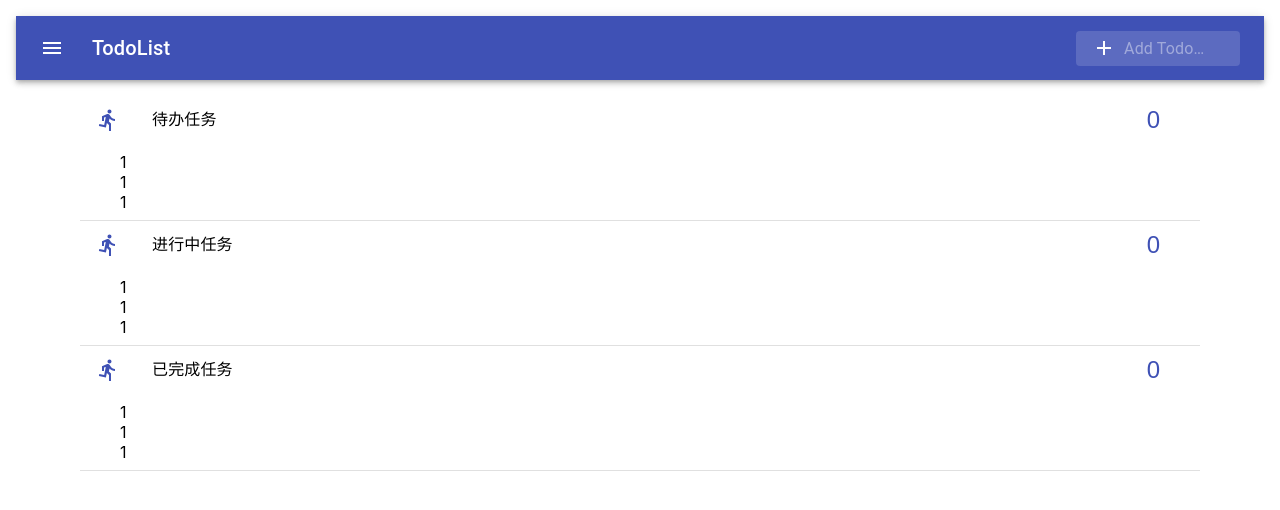
Repository: harperl71/TodoList
Page: /
The author's editor kept a copy of each file at every save. The page is drawn from the files as they stood at one save, then again after the next save.
The browser window is 1280 px wide. The pictures show the whole page.
The project was rebuilt for these pictures with package versions that can differ from the ones it lists, and the page was loaded fresh each time.

Above is the page before, as saved 2021-05-21 10:24:03.

### src/App.tsx
import React from "react";
import Header from "./components/header";
import Content from "./components/content";
import Footer from "./components/footer";
import Myprovider from "./context";
import TaskItem from "./components/content/task-item";

function App() {
  return (
    <div className="APP">
      <Myprovider>
        <Header />
        <Content />
        <Footer />
        {/*  <TaskItem /> */}
      </Myprovider>
    </div>
  );
}

export default App;

### src/components/header/index.tsx
import React, { useContext } from "react";
import { MyContext } from "../../context";
import AppBar from "@material-ui/core/AppBar";
import Toolbar from "@material-ui/core/Toolbar";
import IconButton from "@material-ui/core/IconButton";
import Typography from "@material-ui/core/Typography";
import InputBase from "@material-ui/core/InputBase";
import { makeStyles, fade } from "@material-ui/core/styles";
import MenuIcon from "@material-ui/icons/Menu";
import AddIcon from "@material-ui/icons/Add";

const useStyles = makeStyles((theme) => ({
  header: {
    margin: theme.spacing(2),
    justifyContent: "space-between",
  },
  listButton: {
    marginRight: theme.spacing(2),
  },
  title: {
    flexGrow: 1,
    display: "none",
    [theme.breakpoints.up("sm")]: {
      display: "block",
    },
  },
  search: {
    position: "relative",
    borderRadius: theme.shape.borderRadius,
    backgroundColor: fade(theme.palette.common.white, 0.15),
    "&:hover": {
      backgroundColor: fade(theme.palette.common.white, 0.25),
    },
    marginLeft: 0,
    width: "100%",
    [theme.breakpoints.up("sm")]: {
      marginLeft: theme.spacing(1),
      width: "auto",
    },
  },
  addIcon: {
    padding: theme.spacing(0, 2),
    height: "100%",
    position: "absolute",
    pointerEvents: "none",
    display: "flex",
    alignItems: "center",
    justifyContent: "center",
  },
  inputRoot: {
    color: "inherit",
  },
  inputInput: {
    padding: theme.spacing(1, 1, 1, 0),
    // vertical padding + font size from searchIcon
    paddingLeft: `calc(1em + ${theme.spacing(4)}px)`,
    transition: theme.transitions.create("width"),
    width: "100%",
    [theme.breakpoints.up("sm")]: {
      width: "12ch",
      "&:focus": {
        width: "20ch",
      },
    },
  },
}));

export default function SearchAppBar() {
  const classes = useStyles();
  const { Add } = useContext(MyContext);

  const enterPress = (evt: React.SyntheticEvent) => {
    if (
      (evt as KeyboardEventInit).code === "Enter" &&
      (evt.target as HTMLInputElement).value !== ""
    ) {
      Add((evt.target as HTMLInputElement).value);
      (evt.target as HTMLInputElement).value = "";
    }
  };

  return (
    <div className={classes.header}>
      <AppBar position="static">
        <Toolbar>
          <IconButton
            edge="start"
            className={classes.listButton}
            color="inherit"
            aria-label="open drawer"
          >
            <MenuIcon />
          </IconButton>
          <Typography className={classes.title} variant="h6" noWrap>
            TodoList
          </Typography>
          <div className={classes.search}>
            <div className={classes.addIcon}>
              <AddIcon />
            </div>
            <InputBase
              placeholder="Add Todo…"
              required
              classes={{
                root: classes.inputRoot,
                input: classes.inputInput,
              }}
              onKeyPress={enterPress}
            />
          </div>
        </Toolbar>
      </AppBar>
    </div>
  );
}

### src/components/content/index.tsx
import React, { Fragment } from "react";
import TaskList from "./task-list";
import { makeStyles } from "@material-ui/core";

const useStyles = makeStyles((theme) => ({
  content: {
    margin: theme.spacing(0, 6),
    justifyContent: "center",
  },
}));

const Content = () => {
  const classes = useStyles();
  return (
    <div className={classes.content}>
      <Fragment>
        <TaskList title="待办任务" status="todo" />
        <TaskList title="进行中任务" status="doing" />
        <TaskList title="已完成任务" status="done" />
      </Fragment>
    </div>
  );
};

export default Content;

### src/components/footer/index.tsx
import React from "react";

const Footer = () => {
  return <div className="footer"></div>;
};

export default Footer;

### src/context/index.tsx
import React, { createContext, useState } from "react";

export interface TodoProps {
  id: number;
  text: string;
  status: string;
}

export interface ContextProps {
  todoList: TodoProps[];
  Add: (item: string) => void;
  Delete: (id: number) => void;
  Remove: (index: number, status: string) => void;
  Clear: () => void;
}

export const MyContext = createContext({} as ContextProps);

const Myprovider = (props: React.PropsWithChildren<{}>) => {
  const [todoList, setList] = useState<TodoProps[]>([]);

  const Add = (item: string) => {
    const listItem = {
      id: new Date().getTime(),
      text: item,
      status: "todo",
    };
    setList([...todoList, listItem]);
  };
  //console.log(...todoList);

  const Delete = (id: number) => {
    setList(todoList.filter((item) => item.id !== id));
  };

  const Remove = (index: number, status: string) => {
    if (status === "todo") {
      const listItem = Object.assign({}, todoList[index], {
        status: "doing",
      });
      const list = todoList.splice(index, 1);
      setList([...list, listItem]);
    }
    if (status === "doing") {
      const listItem = Object.assign({}, todoList[index], {
        status: "done",
      });
      const list = todoList.splice(index, 1);
      setList([...list, listItem]);
    }
  };

  const Clear = () => setList([]);

  return (
    <MyContext.Provider value={{ todoList, Add, Delete, Remove, Clear }}>
      {props.children}
    </MyContext.Provider>
  );
};

export default Myprovider;

### src/components/content/task-list/index.tsx
import React, { Fragment, useContext } from "react";
import TaskItem from "../task-item";
import { MyContext } from "../../../context";
import {
  makeStyles,
  List,
  ListItem,
  ListItemIcon,
  ListItemText,
  Divider,
  IconButton,
  Checkbox,
} from "@material-ui/core";
import DirectionsRunIcon from "@material-ui/icons/DirectionsRun";

const useStyles = makeStyles((theme) => ({
  list: {
    margin: theme.spacing(0, 4),
    justifyContent: "space-between",
    padding: 0,
  },
  listTitle: {
    justifyContent: "center",
  },
  listnum: {
    marginRight: theme.spacing(3),
    padding: 0,
    color: "secondary",
  },
  listContent: {
    padding: 0,
  },
}));

interface Iprops {
  title: string;
  status: string;
}

const TaskList = ({ title, status }: Iprops) => {
  const classes = useStyles();

  const { todoList } = useContext(MyContext);
  console.log(todoList);

  return (
    <List
      className={classes.list}
      component="nav"
      aria-label="main mailbox folders"
    >
      <ListItem className="ListHeader" button>
        <ListItemIcon>
          <DirectionsRunIcon color="primary" />
        </ListItemIcon>
        <ListItemText primary={title} />
        <IconButton
          className={classes.listnum}
          color="primary"
          aria-label="list-num"
        >
          {
            todoList.filter((item) => {
              return item.status === status;
            }).length
          }
        </IconButton>
      </ListItem>
      <List className={title}>
        {todoList
          .filter((item) => {
            return item.status === status;
          })
          .map((item) => {
            return 1;
          })}
        <ul>1</ul>
        <ul>1</ul>
        <ul>1</ul>
      </List>
      <Divider />
    </List>
  );
};

export default TaskList;

Loaded but not shown: public/index.html (common file); src/index.tsx (common file); src/index.css (common file); src/reportWebVitals.ts (common file)

After the next save:
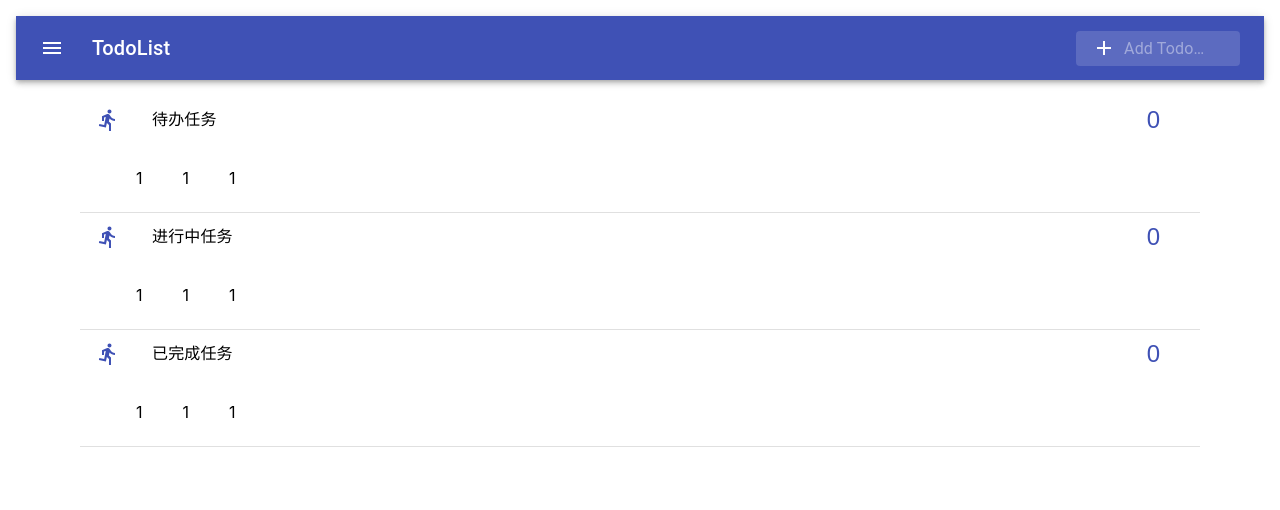
Saved 13 s later.
--- a/src/components/content/task-list/index.tsx
+++ b/src/components/content/task-list/index.tsx
@@ -66,7 +66,7 @@ const TaskList = ({ title, status }: Iprops) => {
           }
         </IconButton>
       </ListItem>
-      <List className={title}>
+      <ListItem className={title}>
         {todoList
           .filter((item) => {
             return item.status === status;
@@ -77,7 +77,7 @@ const TaskList = ({ title, status }: Iprops) => {
         <ul>1</ul>
         <ul>1</ul>
         <ul>1</ul>
-      </List>
+      </ListItem>
       <Divider />
     </List>
   );
